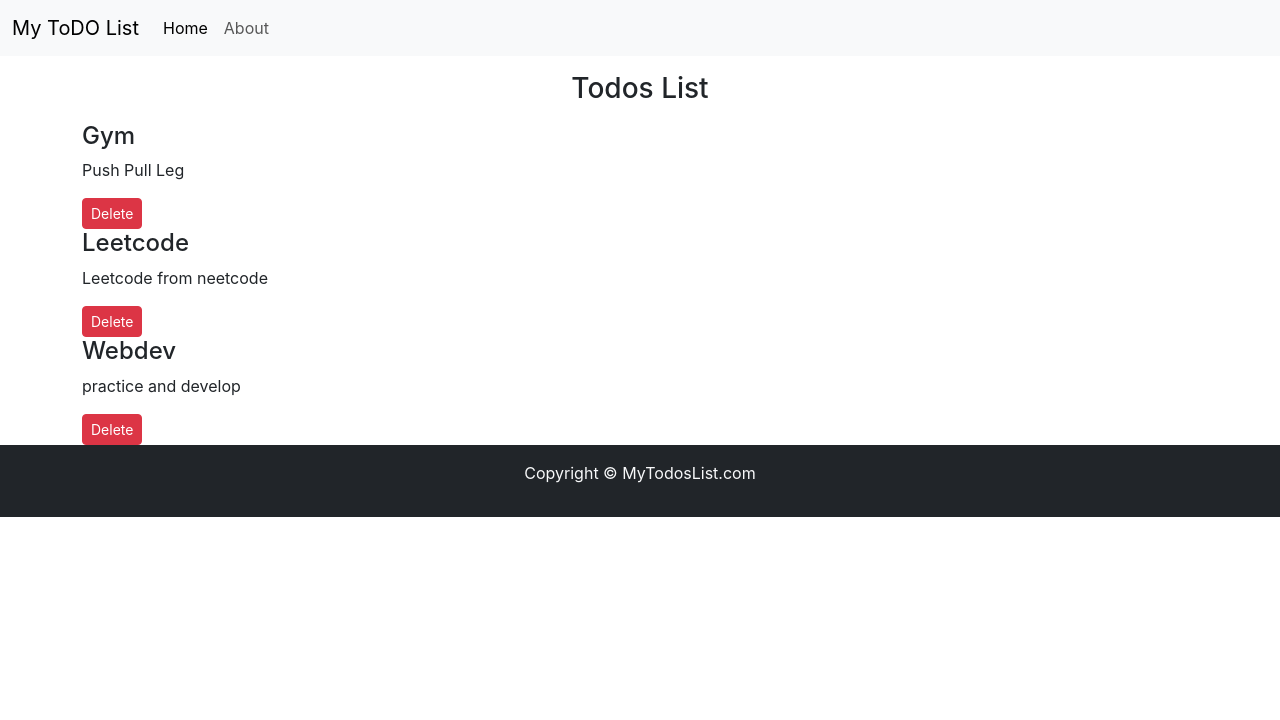
Repository: AshwinUgale/ToDoList
Page: /
These files come from the project's save history. The page is drawn as it stood at one moment and after a run of saves; the edit follows.
The browser window is 1280 px wide. The pictures show the whole page.
The project was rebuilt for these pictures with package versions that can differ from the ones it lists, and the page was loaded fresh each time. Also part of the build but not shown: src/App.css.

Above is the page before, as saved 2024-12-21 16:51:26.

After the next 2 saves:
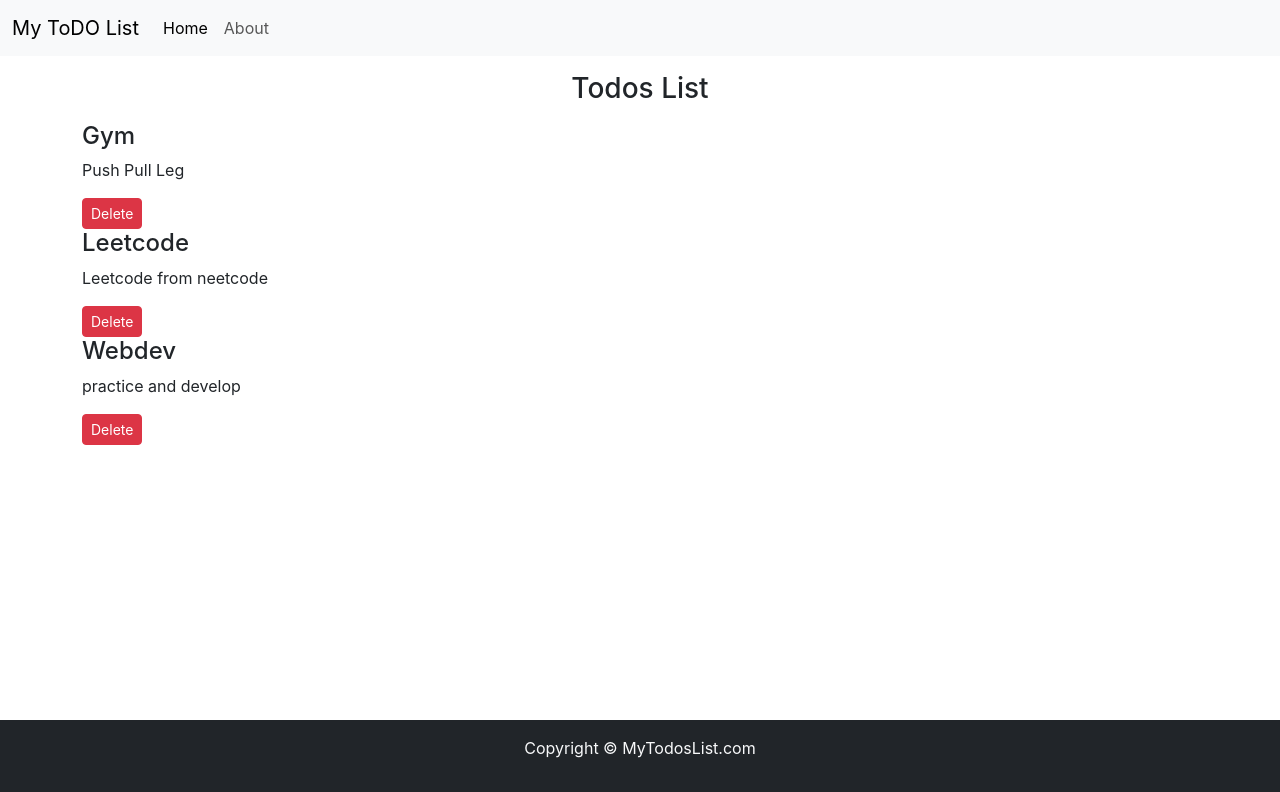
The 2 saves are shown as one change because 1 did not build or start.
The last was saved 2 min 27 s later.
--- a/src/MyComponents/Footer.js
+++ b/src/MyComponents/Footer.js
@@ -1,8 +1,13 @@
 import React from 'react'
 
 export const Footer = () => {
+  let footerStyle = {
+    position: "absolute",
+    top: "100vh",
+    width: "100%"
+  }
   return (
-    <footer className='bg-dark text-light py-3'>
+    <footer className='bg-dark text-light py-3' style={footerStyle}>
         <p className='text-center'>
           Copyright &copy; MyTodosList.com
         </p>
